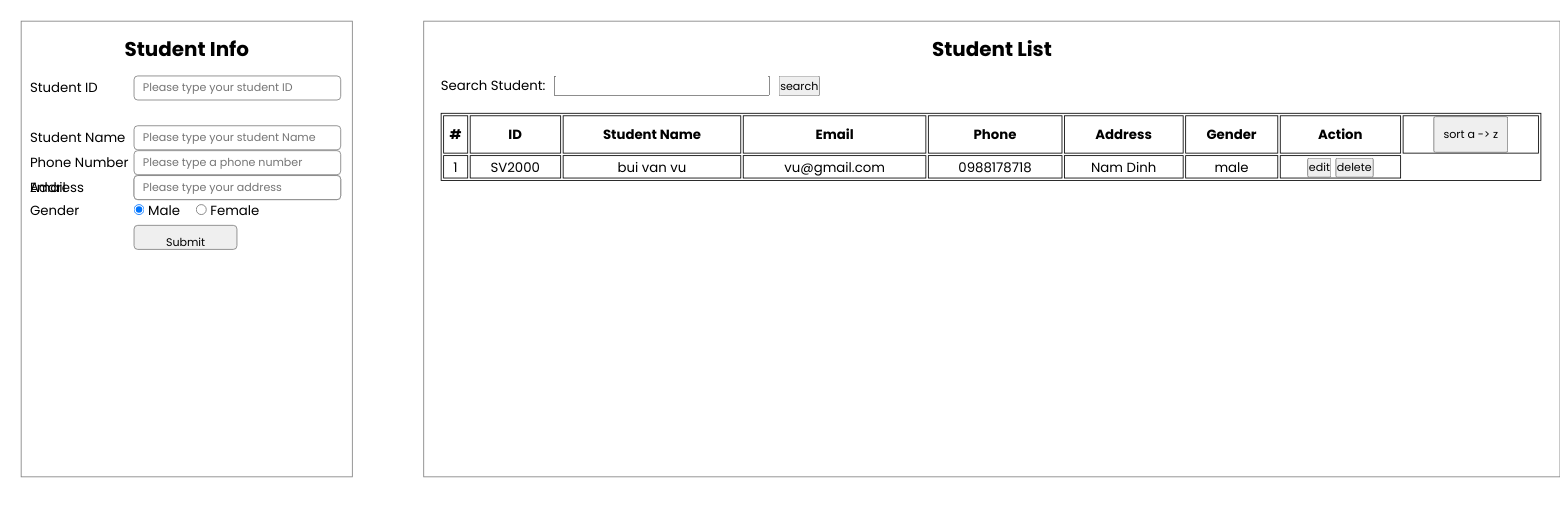
Repository: sSoRaK/ex-session15-dom-event
Page: ex-dom-event/student-management.html
An editor plug-in stored every save of this project. The page is shown before and after the next save, followed by the edit.
The browser window is 1280 px wide. The page is 1880 px wide, so the pictures cover 1880 px, including what lies to the right of the window. The pictures show the whole page, at 83% of full size.

Above is the page before, as saved 2023-06-24 20:18:05.

### ex-dom-event/student-management.html
<!DOCTYPE html>
<html lang="en">
  <head>
    <meta charset="UTF-8" />
    <meta name="viewport" content="width=device-width, initial-scale=1.0" />
    <title>Student Management</title>
    <link rel="preconnect" href="https://fonts.googleapis.com" />
    <link rel="preconnect" href="https://fonts.gstatic.com" crossorigin />
    <link
      href="https://fonts.googleapis.com/css2?family=Poppins:ital,wght@0,100;0,200;0,300;0,400;0,500;0,600;0,700;0,800;0,900;1,100;1,200;1,300;1,400;1,500;1,600;1,700;1,800;1,900&display=swap"
      rel="stylesheet"
    />
    <link rel="stylesheet" href="./style/style.css" />
  </head>
  <body>
    <div class="left-side">
      <h2>Student Info</h2>
      <form action="#" class="form-student">
        <label for="student-id" id="label-id">Student ID</label>
        <input
          type="text"
          name="student-name"
          id="student-id"
          placeholder="Please type your student ID"
        />
        <div class="error error-row1"></div>
        <label for="student-name" id="label-name">Student Name</label>
        <input
          type="text"
          name="student-name"
          id="student-name"
          placeholder="Please type your student Name"
        />
        <div class="error error-row2"></div>
        <label for="student-email" id="label-email">Email</label>
        <input
          type="email"
          name="student-email"
          id="student-email"
          placeholder="Please type your email"
        />
        <div class="error error-row3"></div>
        <label for="student-phone_number" id="label-phone_number"
          >Phone Number</label
        >
        <input
          type="number"
          name="student-phone_number"
          id="student-phone_number"
          placeholder="Please type a phone number"
        />
        <div class="error error-row4"></div>
        <label for="student-address" id="label-address">Address</label>
        <input
          type="text"
          name="student-address"
          id="student-address"
          placeholder="Please type your address"
        />
        <div class="error error-row5"></div>
        <span class="gender">Gender</span>
        <div class="gender-wrapper">
          <input type="radio" name="gender" id="male" checked />
          <label for="male">Male</label>
          <input type="radio" name="gender" id="female" />
          <label for="female">Female</label>
        </div>
        <input type="submit" value="Submit" class="btn-submit" />
      </form>
    </div>
    <div class="right-side">
      <h2>Student List</h2>
      <form action="#" class="searching-bar">
        <span>Search Student:</span>
        <input
          type="text"
          name="search-student_name"
          id="search-student_name"
        />
        <button class="btn-search">search</button>
      </form>
      <table class="table-student">
        <thead>
          <tr>
            <th>#</th>
            <th>ID</th>
            <th>Student Name</th>
            <th>Email</th>
            <th>Phone</th>
            <th>Address</th>
            <th>Gender</th>
            <th>Action</th>
            <th>
              <button class="btn-sort">sort a -> z</button>
            </th>
          </tr>
        </thead>
        <tbody id="student-info"></tbody>
      </table>
    </div>
    <script src="./app/app.js"></script>
  </body>
</html>

### ex-dom-event/style/style.css
* {
  padding: 0;
  margin: 0;
  box-sizing: border-box;
  font-family: "Poppins", sans-serif;
}
body {
  display: grid;
  grid-template-columns: repeat(4, 400px);
  grid-template-rows: repeat(1, 550px);
  gap: 85px;
  margin: 25px;
}
/* left side student info */
.left-side {
  border: 1px solid gray;
  grid-column: 1/2;
}
.left-side h2,
.right-side h2 {
  text-align: center;
  margin: 15px 0;
}
.form-student {
  margin: 0 10px;
  display: grid;
  grid-template-columns: repeat(3, 125px);
  grid-template-rows: repeat(13, 30px);
  /* row-gap: 30px; */
}
.form-student input {
  border: 0.5px solid gray;
  border-radius: 5px;
}
#label-id {
  grid-column: 1/2;
  grid-row: 1/2;
  line-height: 30px;
}
#student-id {
  grid-column: 2/4;
  grid-row: 1/2;
  padding-left: 10px;
}
.error-row1{
  grid-column: 2/4;
  grid-row: 2/3;
}
#label-name {
  grid-column: 1/2;
  grid-row: 3/4;
  line-height: 30px;
}
#student-name {
  grid-column: 2/4;
  grid-row: 3/4;
  padding-left: 10px;
}
.error-row2{
  grid-column: 2/4;
  grid-row: 4/5;
}
#label-email {
  grid-column: 1/2;
  grid-row: 5/6;
  line-height: 30px;
}
#student-email {
  grid-column: 2/4;
  grid-row: 5/6;
  padding-left: 10px;
}
.error-row3{
  grid-column: 2/4;
  grid-row: 6/7;
}
#label-phone_number {
  grid-column: 1/2;
  grid-row: 4/5;
  line-height: 30px;
}
input::-webkit-outer-spin-button,
input::-webkit-inner-spin-button {
  -webkit-appearance: none;
  margin: 0;
}
#student-phone_number {
  grid-column: 2/4;
  grid-row: 4/5;
  padding-left: 10px;
}
#label-address {
  grid-column: 1/2;
  grid-row: 5/6;
  line-height: 30px;
}
#student-address {
  grid-column: 2/4;
  grid-row: 5/6;
  padding-left: 10px;
}
.gender {
  grid-column: 1/2;
  grid-row: 6/7;
}
.gender-wrapper {
  grid-column: 2/4;
  grid-row: 6/7;
}
.gender-wrapper label[for="male"] {
  margin-right: 15px;
}
.btn-submit {
  grid-column: 2/3;
  grid-row: 7/8;
  padding: 10px 0;
}

/* right side student list */
.right-side {
  border: 1px solid gray;
  grid-column: 2/5;
}
.right-side .searching-bar {
  margin-left: 20px;
  display: flex;
  gap: 10px;
}
.table-student,
th,
tr,
td {
  border: 1px solid;
  /* border-collapse: collapse; */
  margin: 20px;
  width: calc(100% - 42px);
}
.btn-sort {
  padding: 10px;
}

#student-info tr td {
  text-align: center;
}
.error {
  visibility: hidden;
}
.error-row1 {
  grid-row: 2;
}
.display-error {
  color: red;
  visibility: visible;
}
.btn-edit,
.btn-delete,
.btn-submit,
.btn-sort,
.btn-search {
  cursor: pointer;
}

### ex-dom-event/app/app.js
// tạo 1 mảng rỗng 2 chiều với phần tử là 1 mảng chứa các thông tin tương ứng của mỗi sinh viên
let studentList = [
  ["SV2000", "bui van vu", "vu@gmail.com", "0988178718", "Nam Dinh", "male"],
];
let action = "create";
// Lấy dữ liệu từ form -> table: Read
function renderData() {
  // truy cập đến tbody
  let tbody = document.getElementById("student-info");
  // đặt giá trị ban đầu tbody = "", để tránh dữ liệu cũ còn tồn tại
  tbody.innerHTML = "";
  for (let i = 0; i < studentList.length; i++) {
    // truyền vào tbody dưới dạng String Template
    tbody.innerHTML += `<tr>
                          <td>${i + 1}</td>
                          <td>${studentList[i][0]}</td>
                          <td>${studentList[i][1]}</td>
                          <td>${studentList[i][2]}</td>
                          <td>${studentList[i][3]}</td>
                          <td>${studentList[i][4]}</td>
                          <td>${studentList[i][5]}</td>
                          <td>
                              <button onclick="editData('${
                                studentList[i][0]
                              }')" class="btn-edit">edit</button>
                              <button onclick="deleteData('${
                                studentList[i][1]
                              }')" class="btn-delete">delete</button>
                          </td>
                    </tr>`;
  }
}
// Khi trình duyệt load thì sẽ load dữ liệu student và hiển thị trên table
document.onload = renderData();

// query element (create gol)
const studentId = document.querySelector("#student-id");
const studentName = document.querySelector("#student-name");
const studentEmail = document.querySelector("#student-email");
const studentPhoneNumber = document.querySelector("#student-phone_number");
const studentAddress = document.querySelector("#student-address");
const studentGender = document.querySelector("input[name='gender']:checked");

const errorElement = document.querySelectorAll(".error");

const btnSubmit = document.querySelector(".btn-submit");

// Validate: xác thực khi thêm create hoặc update
// function check validate each <input>
function validateForm() {
  // Lấy dữ liệu từ Form và Thực hiện validate từng input, nếu thỏa -> true, không thỏa -> báo lỗi (false)
  let idValidate = false;
  let nameValidate = false;
  let emailValidate = false;
  let phoneValidate = false;
  let addressValidate = false;
  let emailPattern = /^\w+([\.-]?\w+)*@\w+([\.-]?\w+)*(\.\w{2,3})+$/; // regex pattern: mẫu quy định
  let phonePattern = /(84|0[3|5|7|8|9])+([0-9]{8})\b/g;
  // check validate studentId
  if (studentId.value.length == 0) {
    errorElement[0].textContent = "* Please type your ID";
    errorElement[0].classList.add("display-error");
  } else if (studentId.value.length < 6 || studentId.value.length > 20) {
    errorElement[0].textContent = "* Your ID must be 6 - 20 characters";
    errorElement[0].classList.add("display-error");
  } else {
    errorElement[0].classList.remove("display-error");
    idValidate = true;
  }

  // check validate studentName
  if (studentName.value == "") {
    errorElement[1].textContent = "* Please type your name";
    errorElement[1].classList.add("display-error");
  } else {
    errorElement[1].classList.remove("display-error");
    nameValidate = true;
  }

  // check validate studentEmail
  if (studentEmail.value.length == "") {
    errorElement[2].textContent = "* Please type your email";
    errorElement[2].classList.add("display-error");
  } else if (!studentEmail.value.match(emailPattern)) {
    errorElement[2].textContent = "* You have entered email invalid";
    errorElement[2].classList.add("display-error");
  } else {
    errorElement[2].classList.remove("display-error");
    emailValidate = true;
  }

  // check validate studentPhoneNumber
  if (studentPhoneNumber.value.length == "") {
    errorElement[3].textContent = "* Please type your phone number";
    errorElement[3].classList.add("display-error");
  } else if (!studentPhoneNumber.value.match(phonePattern)) {
    errorElement[3].textContent = "* You have entered phone number invalid";
    errorElement[3].classList.add("display-error");
  } else {
    errorElement[3].classList.remove("display-error");
    phoneValidate = true;
  }

  // check validate studentAddress
  if (studentAddress.value.length == "") {
    errorElement[4].textContent = "* Please type your address";
    errorElement[4].classList.add("display-error");
  } else {
    errorElement[4].classList.remove("display-error");
    addressValidate = true;
  }

  // check validate each input as True or False
  if (
    idValidate &&
    nameValidate &&
    emailValidate &&
    phoneValidate &&
    addressValidate
  ) {
    return true;
  }
  return false;
}

// Lấy dữ liệu từ Form sau khi submit, tạo table và insert studentList
// create new student from FORM and take to value studentList, insert to table
function createData() {
  // tạo mảng gồm các thông tin của học sinh - create array have element as student info
  const newStudent = [
    studentId.value,
    studentName.value,
    studentEmail.value,
    studentPhoneNumber.value,
    studentAddress.value,
    studentGender.value,
  ];
  studentList.push(newStudent);
  renderData();
  resetForm(); // clear form after submit
}

// reset form after submit or update, create newStudent to table
function resetForm() {
  studentId.value = "";
  studentName.value = "";
  studentEmail.value = "";
  studentPhoneNumber.value = "";
  studentAddress.value = "";
  document.getElementById("male").checked = true;
}

// create event for btn-submit
// event : e
btnSubmit.addEventListener("click", (e) => {
  e.preventDefault(); // after click button submit, prevent "FORM" re-load
  const checkValidForm = validateForm();
  if (checkValidForm) {
    if (action == "create") {
      // push dữ liệu vào table
      createData();
    } else {
      // Thực hiện update sinh viên
      updateFormStudent();
    }
  }
});
// lấy thông tin học sinh thông qua studentID
// 1. Duyệt qua studentList để lấy studentID
function getStudentId(studentId) {
  for (let index = 0; index < studentList.length; index++) {
    if (studentId == studentList[index][0]) return index;
  }
  return -1;
}
// 2.
function editData(studentID) {
  // 1. lấy chỉ số sinh viên trong mảng
  let index = getStudentId(studentID);
  if (index >= 0) {
    // 2. fill thông tin sinh viên qua form
    studentId.value = studentList[index][0];
    studentName.value = studentList[index][1];
    studentEmail.value = studentList[index][2];
    studentPhoneNumber.value = studentList[index][3];
    studentAddress.value = studentList[index][4];
    if (studentList[index][5] == "male") {
      document.getElementById("male").checked = true;
    } else {
      document.getElementById("female").checked = true;
    }
    // sau khi edit, thay giá trị action
    action = "edit";
    studentId.readOnly = true;
    studentId.style.outline = "none";
    studentId.style.cursor = "unset";
    studentId.style.caretColor = "transparent";
  }
}
// Update
function updateFormStudent() {
  const studentUpdate = [
    studentId.value,
    studentName.value,
    studentEmail.value,
    studentPhoneNumber.value,
    studentAddress.value,
    studentGender.value,
  ];

  //find Index dua ma code cua sinh vien
  const indexStudent = getStudentId(studentId.value);

  studentList[indexStudent] = studentUpdate;
  renderData();
  action = "create";
  resetForm();
  studentId.readOnly = false;
  studentId.style.cursor = "text";
  studentId.style.caretColor = "black";
}

function deleteData(studentID) {
  let isCheckRemove = confirm("Bạn có muốn xóa hay không?");
  if (isCheckRemove) {
    const indexDeleteStudent = getStudentId(studentID);
    studentList.splice(indexDeleteStudent, 1);
    renderData();
  }
}

After the next save:
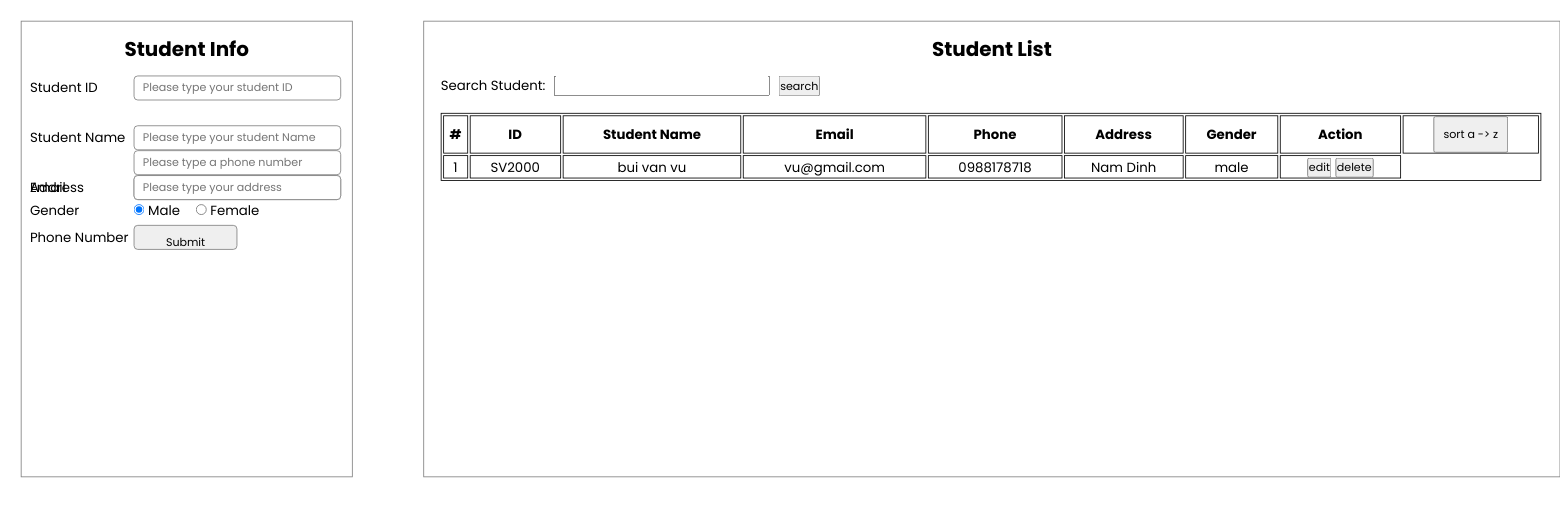
Saved 5 min 53 s later.
--- a/ex-dom-event/style/style.css
+++ b/ex-dom-event/style/style.css
@@ -76,7 +76,7 @@ body {
 }
 #label-phone_number {
   grid-column: 1/2;
-  grid-row: 4/5;
+  grid-row: 7/8;
   line-height: 30px;
 }
 input::-webkit-outer-spin-button,
